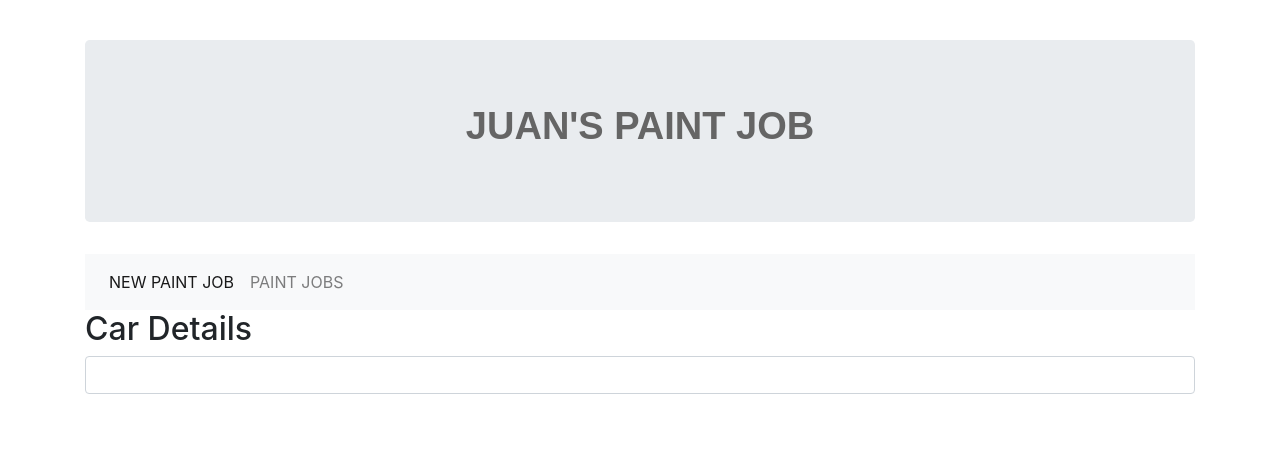
Repository: soycaringal/paint-job
Page: http://localhost/
These files come from the project's save history. The page is drawn as it stood at one moment and after the next save; the edit follows.
The browser window is 1280 px wide. The pictures show the whole page.
The page is served by the project's Laravel application, run on PHP 8.4 with Laravel 8. Other server files are loaded and not shown.

Above is the page before, as saved 2020-02-21 22:30:13.

### resources/views/welcome.blade.php
<!DOCTYPE html>
<html lang="{{ str_replace('_', '-', app()->getLocale()) }}">
    <head>
        <meta charset="utf-8">
        <meta name="viewport" content="width=device-width, initial-scale=1">

        <title>Laravel</title>

        <!-- Fonts -->
        <link href="https://fonts.googleapis.com/css?family=Nunito:200,600" rel="stylesheet">
        <link rel="stylesheet" href="https://stackpath.bootstrapcdn.com/bootstrap/4.1.3/css/bootstrap.min.css" integrity="sha384-MCw98/SFnGE8fJT3GXwEOngsV7Zt27NXFoaoApmYm81iuXoPkFOJwJ8ERdknLPMO" crossorigin="anonymous">
        <script src="https://code.jquery.com/jquery-3.3.1.slim.min.js" integrity="sha384-q8i/X+965DzO0rT7abK41JStQIAqVgRVzpbzo5smXKp4YfRvH+8abtTE1Pi6jizo" crossorigin="anonymous"></script>
        <script src="https://cdnjs.cloudflare.com/ajax/libs/popper.js/1.14.3/umd/popper.min.js" integrity="sha384-ZMP7rVo3mIykV+2+9J3UJ46jBk0WLaUAdn689aCwoqbBJiSnjAK/l8WvCWPIPm49" crossorigin="anonymous"></script>
        <script src="https://stackpath.bootstrapcdn.com/bootstrap/4.1.3/js/bootstrap.min.js" integrity="sha384-ChfqqxuZUCnJSK3+MXmPNIyE6ZbWh2IMqE241rYiqJxyMiZ6OW/JmZQ5stwEULTy" crossorigin="anonymous"></script>
        <link href="/css/main.css" rel="stylesheet">
    </head>
    <body>
        <div class="container">
            <header>
                <div class="jumbotron text-center">
                    <h1>Juan's Paint Job</h1>
                </div>
                <nav class="navbar navbar-expand-lg navbar-light bg-light">
                    <div class="collapse navbar-collapse" id="navbarText">
                        <ul class="navbar-nav mr-auto">
                            <li class="nav-item active">
                                <a class="nav-link" href="/">NEW PAINT JOB</a>
                            </li>
                            <li class="nav-item">
                                <a class="nav-link" href="/jobs">PAINT JOBS</a>
                            </li>
                            </li>
                        </ul>
                    </div>
                </nav>
            </header>

            <section>
                <h2>Car Details</h2>
                <div class="form-control">
                    <label></label>
                </div>
            </section>

        </div>
    </body>
</html>

### public/css/main.css
header {
    margin-top: 40px;
}

header h1 {
    font-family: 'arial';
    font-weight: bold;
    font-size: 38px;
    text-transform: uppercase;
    color: #656565;
}

.navbar {
    /* background-color: #e9695b; */
}

Loaded but not shown: routes/web.php (common file)

After the next save:
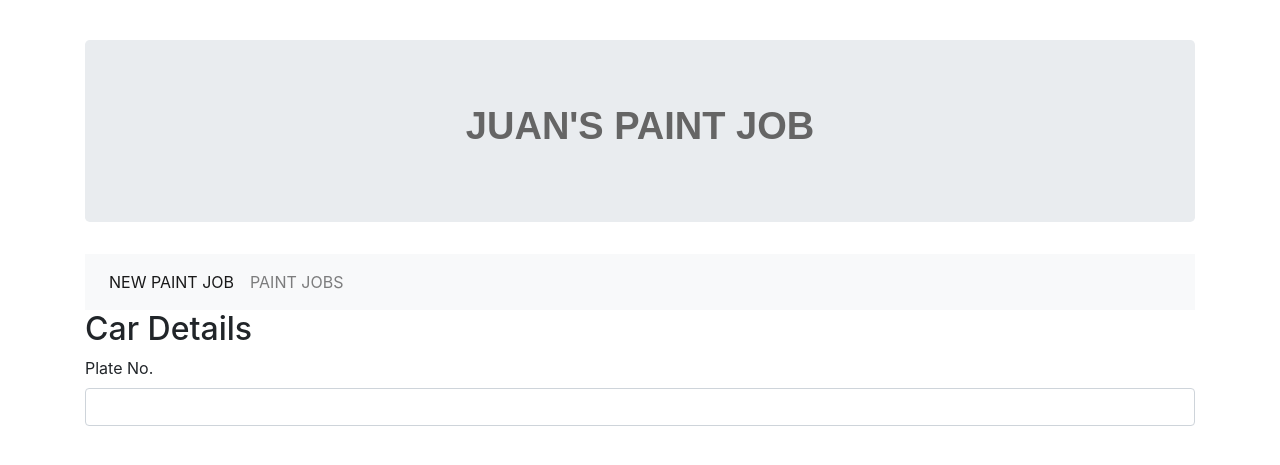
Saved 71 s later.
--- a/resources/views/welcome.blade.php
+++ b/resources/views/welcome.blade.php
@@ -37,8 +37,9 @@
 
             <section>
                 <h2>Car Details</h2>
-                <div class="form-control">
-                    <label></label>
+                <div class="form-group">
+                    <label>Plate No.</label>
+                    <input type="text" class="form-control">
                 </div>
             </section>
 
